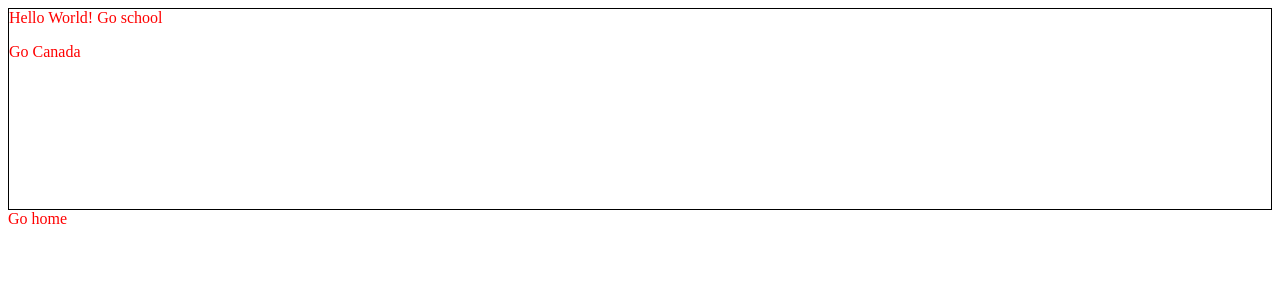
Repository: lbj0314/webTest
Page: Css_1/WebContent/css_5.html
The author's editor kept a copy of each file at every save. The page is drawn from the files as they stood at one save, then again after the next save.
The browser window is 1280 px wide. The pictures show the whole page.

Above is the page before, as saved 2019-10-16 03:41:12.

After the next save:
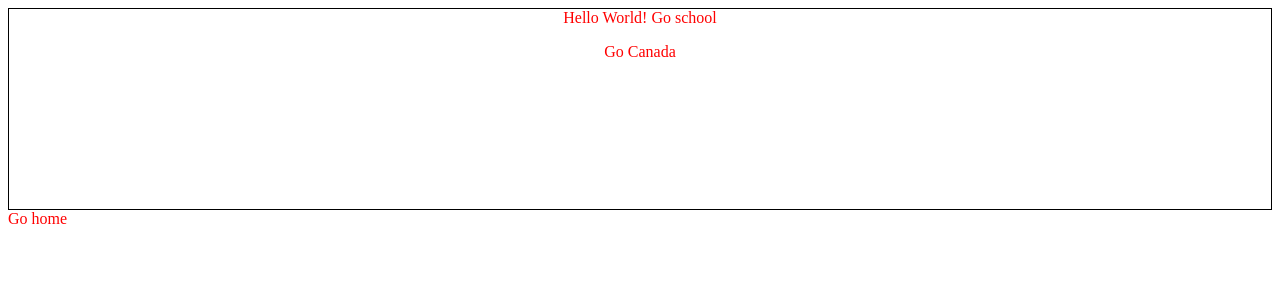
Saved 8 s later.
--- a/Css_1/WebContent/css_5.html
+++ b/Css_1/WebContent/css_5.html
@@ -9,7 +9,7 @@
 	text-decoration: none;
 	border: 1px solid black;
 	height: 200px;
-	text-align: justify;
+	text-align: center;
 
 }
 .a1{
